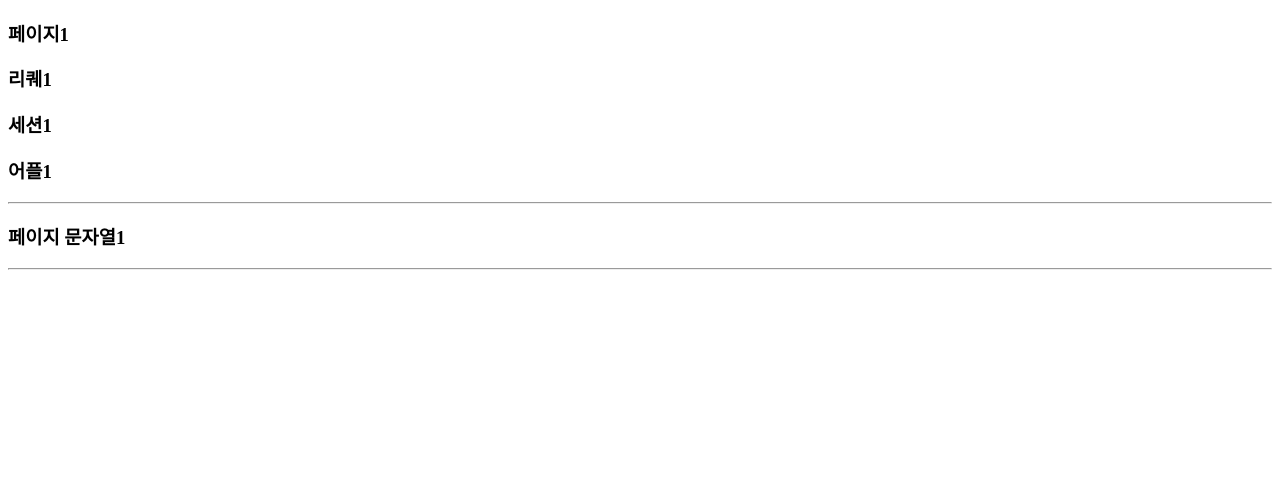
Repository: 2nho/personal-study
Page: http://localhost/ExWebPrj1/el_scope_example.jsp
These files come from the project's save history. The page is drawn as it stood at one moment and after the next save; the edit follows.
The browser window is 1280 px wide. The pictures show the whole page.
The page is served by Tomcat 9. Other server files are loaded and not shown.

Above is the page before, as saved 2021-12-30 08:11:21.

### Java/workspace/ExWebPrj1/src/main/webapp/el_scope_example.jsp
<%@ page language="java" contentType="text/html; charset=UTF-8"
    pageEncoding="UTF-8"%>
<%
	pageContext.setAttribute("page1", "페이지1");
	request.setAttribute("request1","리퀘1");
	session.setAttribute("session1", "세션1");
	application.setAttribute("app1", "어플1");

	pageContext.setAttribute("data1", "페이지 문자열1");
	request.setAttribute("data1", "리퀘 문자열1");
	session.setAttribute("data1", "세션 문자열1");
	application.setAttribute("data1", "어플 문자열1");
%>
<!DOCTYPE html>
<html>
<head>
<meta charset="UTF-8">
<title>Insert title here</title>
</head>
<body>
	<h3>${page1}</h3>
	<h3>${request1}</h3>
	<h3>${session1}</h3>
	<h3>${app1}</h3>
	<hr />
	<h3>${data1}</h3>
	<hr />
</body>
</html>

After the next save:
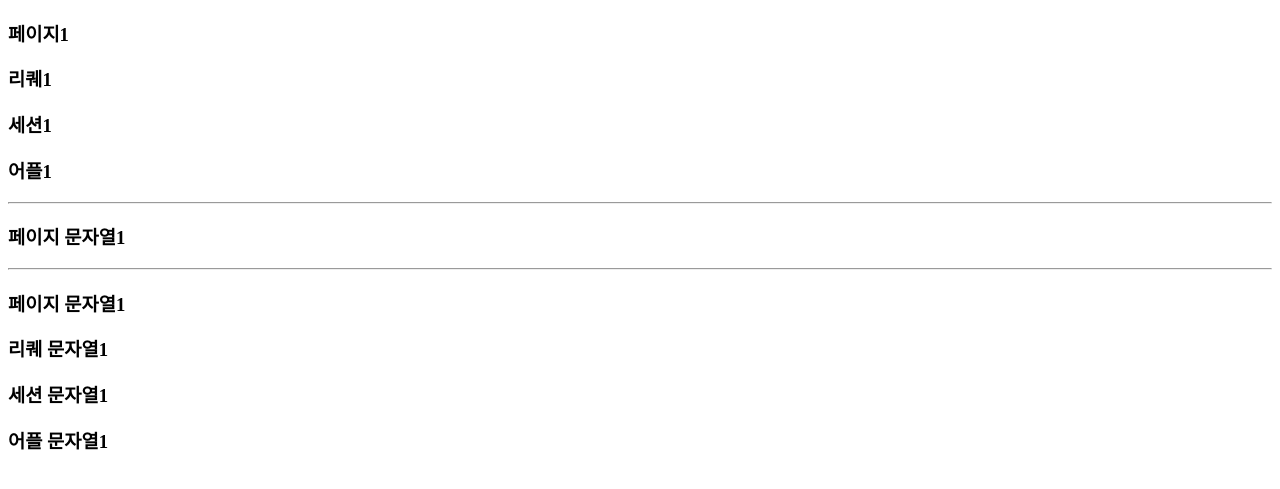
Saved 43 s later.
--- a/Java/workspace/ExWebPrj1/src/main/webapp/el_scope_example.jsp
+++ b/Java/workspace/ExWebPrj1/src/main/webapp/el_scope_example.jsp
@@ -25,5 +25,9 @@
 	<hr />
 	<h3>${data1}</h3>
 	<hr />
+	<h3>${pageScope.data1}</h3>
+	<h3>${requestScope.data1}</h3>
+	<h3>${sessionScope.data1}</h3>
+	<h3>${applicationScope.data1}</h3>
 </body>
 </html>
